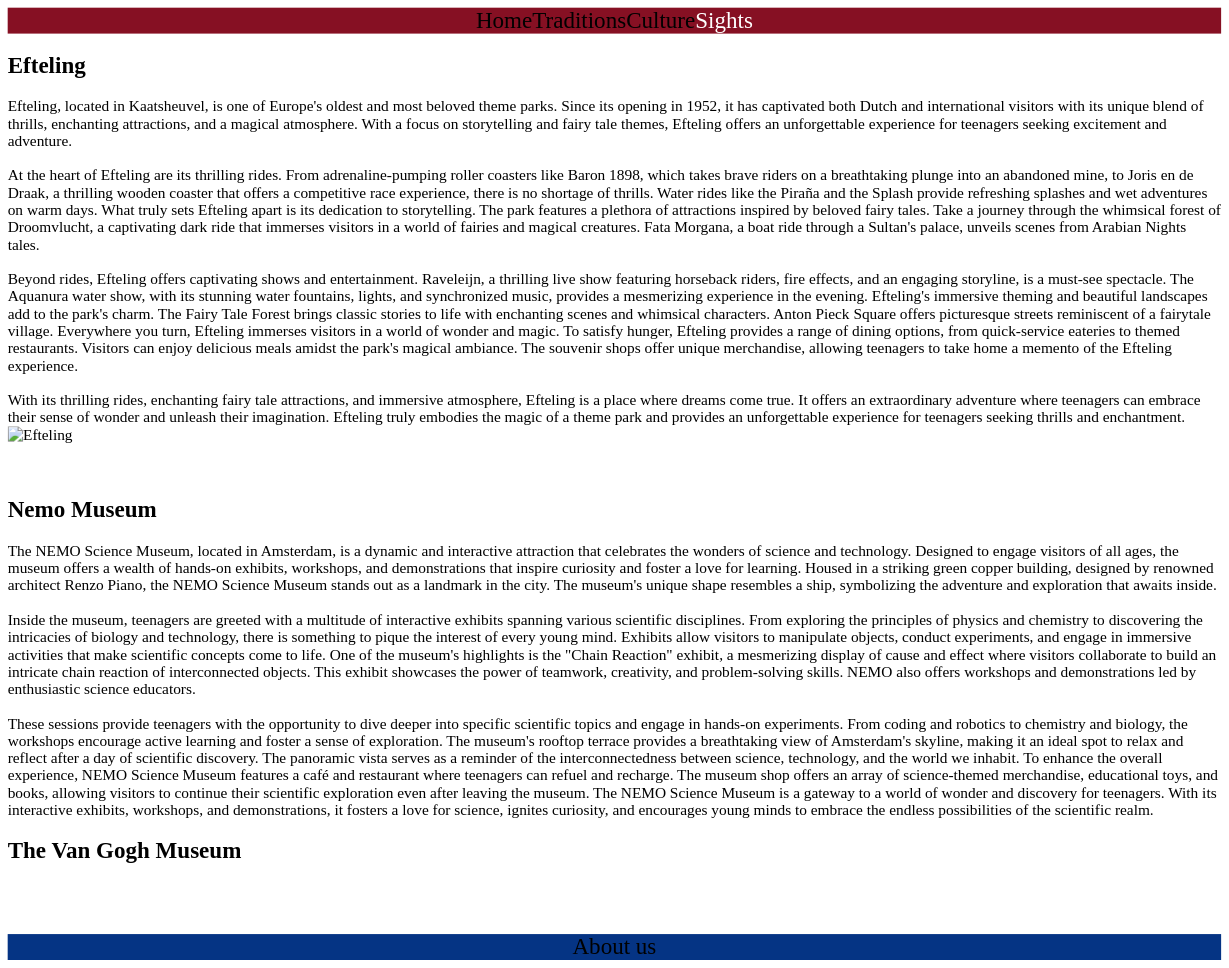
Repository: Cornman63/The-netherlands
Page: html/sights.html
The author's editor kept a copy of each file at every save. The page is drawn from the files as they stood at one save, then again after the next save.
The browser window is 1280 px wide. The pictures show the whole page, at 96% of full size.

Above is the page before, as saved 2023-05-26 12:49:59.

After the next save:
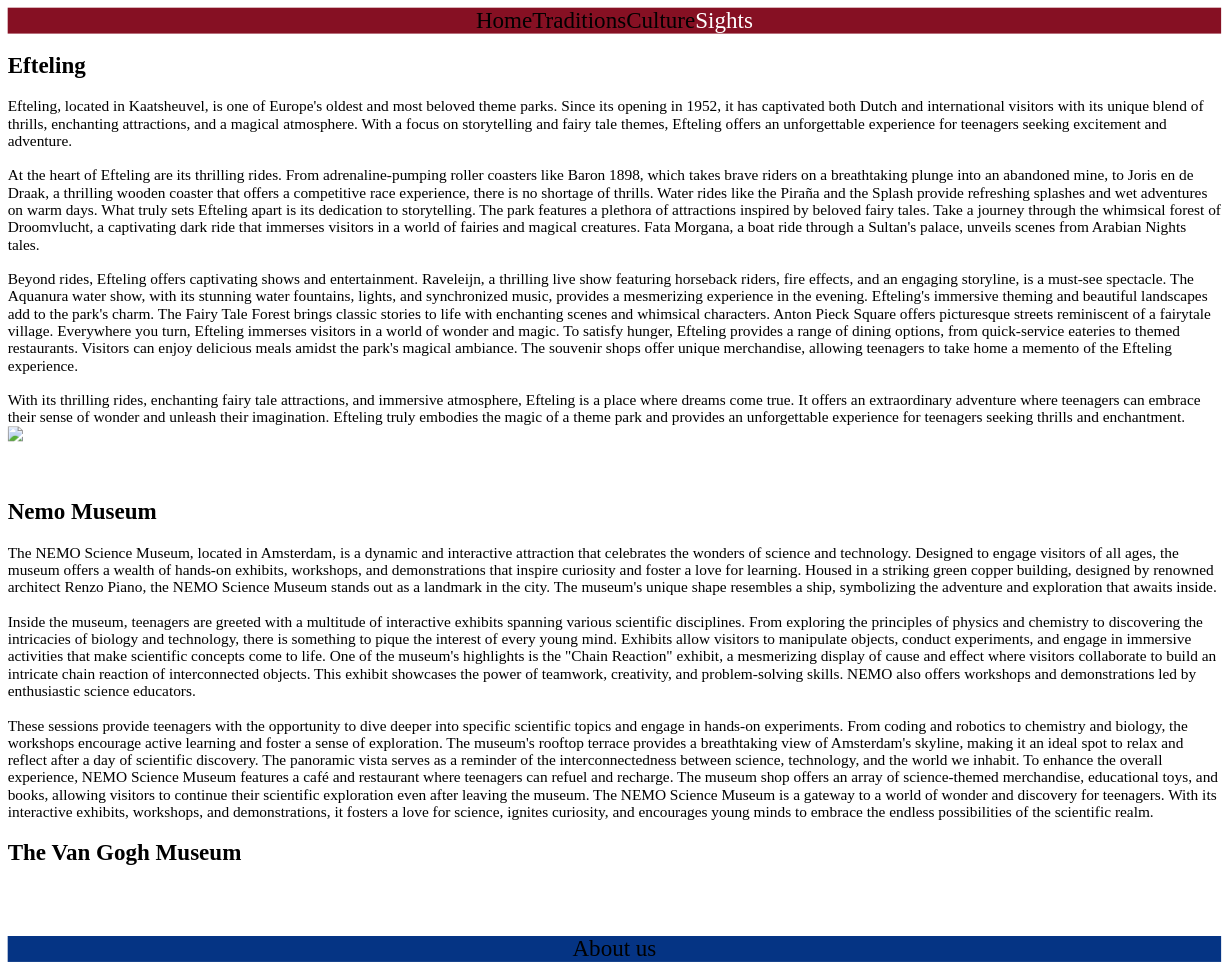
Not found: images/efeling.jpg alt=
Saved 58 s later.
--- a/html/sights.html
+++ b/html/sights.html
@@ -33,7 +33,7 @@ To satisfy hunger, Efteling provides a range of dining options, from quick-servi
 With its thrilling rides, enchanting fairy tale attractions, and immersive atmosphere, Efteling is a place where dreams come true. It offers an extraordinary adventure where teenagers can embrace their sense of wonder and unleash their imagination. Efteling truly embodies the magic of a theme park and provides an unforgettable experience for teenagers seeking thrills and enchantment.
 
     </div>
-    <img src="../images\efeling.jpg" alt="Efteling" id="place">
+    <img src="../images\efeling.jpg alt="Efteling" id="place">
 
     <br><br><br>
     <div class="Nemo">

After the save that followed:
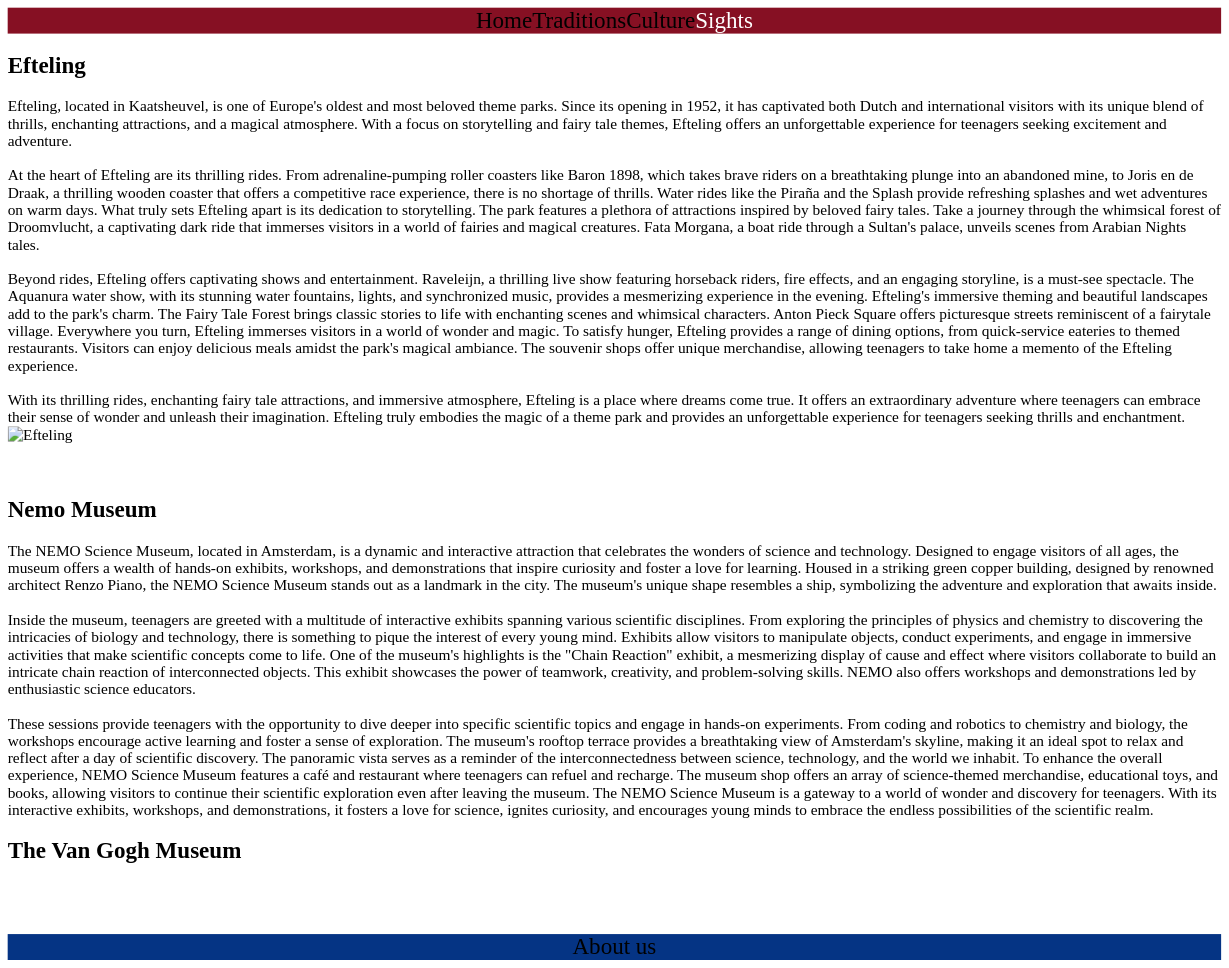
Saved 4 s later.
--- a/html/sights.html
+++ b/html/sights.html
@@ -33,7 +33,7 @@ To satisfy hunger, Efteling provides a range of dining options, from quick-servi
 With its thrilling rides, enchanting fairy tale attractions, and immersive atmosphere, Efteling is a place where dreams come true. It offers an extraordinary adventure where teenagers can embrace their sense of wonder and unleash their imagination. Efteling truly embodies the magic of a theme park and provides an unforgettable experience for teenagers seeking thrills and enchantment.
 
     </div>
-    <img src="../images\efeling.jpg alt="Efteling" id="place">
+    <img src="../images\efeling.jpg" alt="Efteling" id="place">
 
     <br><br><br>
     <div class="Nemo">
